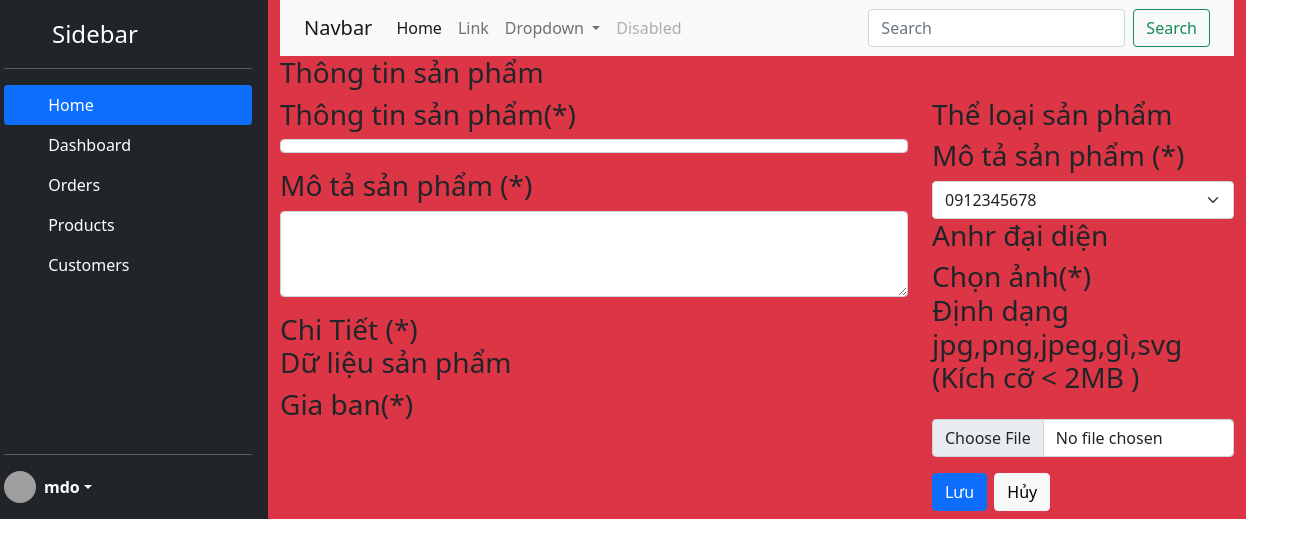
Repository: Lehuyhuynh/BT12-BOOTSTRAP
Page: index.html
An editor plug-in stored every save of this project. The page is shown before and after the next save, followed by the edit.
The browser window is 1280 px wide. The page is 1292 px wide, so the pictures cover 1292 px, including what lies to the right of the window. The pictures show the whole page.
Pictures or frames that could not be fetched are drawn as grey boxes.

Above is the page before, as saved 2023-08-19 22:49:30.

### index.html
<!DOCTYPE html>
<html lang="en">
<head>
  <link href="https://cdn.jsdelivr.net/npm/bootstrap@5.1.3/dist/css/bootstrap.min.css" rel="stylesheet" integrity="sha384-1BmE4kWBq78iYhFldvKuhfTAU6auU8tT94WrHftjDbrCEXSU1oBoqyl2QvZ6jIW3" crossorigin="anonymous">
  <meta charset="UTF-8">
  <meta name="viewport" content="width=device-width, initial-scale=1.0">
  <title>BT2</title>
</head>
<body>
  <div class="row">
    <div class=" col-3 d-flex flex-column flex-shrink-0 p-3 text-white bg-dark rounded-lg" style="width: 280px;">
      <a href="/" class="d-flex align-items-center mb-3 mb-md-0 me-md-auto text-white text-decoration-none">
        <svg class="bi me-2" width="40" height="32"><use xlink:href="#bootstrap"></use></svg>
        <span class="fs-4">Sidebar</span>
      </a>
      <hr>
      <ul class="nav nav-pills flex-column mb-auto">
        <li class="nav-item">
          <a href="#" class="nav-link active" aria-current="page">
            <svg class="bi me-2" width="16" height="16"><use xlink:href="#home"></use></svg>
            Home
          </a>
        </li>
        <li>
          <a href="#" class="nav-link text-white">
            <svg class="bi me-2" width="16" height="16"><use xlink:href="#speedometer2"></use></svg>
            Dashboard
          </a>
        </li>
        <li>
          <a href="#" class="nav-link text-white">
            <svg class="bi me-2" width="16" height="16"><use xlink:href="#table"></use></svg>
            Orders
          </a>
        </li>
        <li>
          <a href="#" class="nav-link text-white">
            <svg class="bi me-2" width="16" height="16"><use xlink:href="#grid"></use></svg>
            Products
          </a>
        </li>
        <li>
          <a href="#" class="nav-link text-white">
            <svg class="bi me-2" width="16" height="16"><use xlink:href="#people-circle"></use></svg>
            Customers
          </a>
        </li>
      </ul>
      <hr>
      <div class="dropdown">
        <a href="#" class="d-flex align-items-center text-white text-decoration-none dropdown-toggle" id="dropdownUser1" data-bs-toggle="dropdown" aria-expanded="false">
          <img src="https://github.com/mdo.png" alt="" width="32" height="32" class="rounded-circle me-2">
          <strong>mdo</strong>
        </a>
        <ul class="dropdown-menu dropdown-menu-dark text-small shadow" aria-labelledby="dropdownUser1" style="">
          <li><a class="dropdown-item" href="#">New project...</a></li>
          <li><a class="dropdown-item" href="#">Settings</a></li>
          <li><a class="dropdown-item" href="#">Profile</a></li>
          <li><hr class="dropdown-divider"></li>
          <li><a class="dropdown-item" href="#">Sign out</a></li>
        </ul>
      </div>
    </div>
    <div class="main-content bg-danger col-9" >
      <nav class="navbar navbar-expand-lg navbar-light bg-light">
        <div class="container-fluid">
          <a class="navbar-brand" href="#">Navbar</a>
          <button class="navbar-toggler" type="button" data-bs-toggle="collapse" data-bs-target="#navbarSupportedContent" aria-controls="navbarSupportedContent" aria-expanded="false" aria-label="Toggle navigation">
            <span class="navbar-toggler-icon"></span>
          </button>
          <div class="collapse navbar-collapse" id="navbarSupportedContent">
            <ul class="navbar-nav me-auto mb-2 mb-lg-0">
              <li class="nav-item">
                <a class="nav-link active" aria-current="page" href="#">Home</a>
              </li>
              <li class="nav-item">
                <a class="nav-link" href="#">Link</a>
              </li>
              <li class="nav-item dropdown">
                <a class="nav-link dropdown-toggle" href="#" id="navbarDropdown" role="button" data-bs-toggle="dropdown" aria-expanded="false">
                  Dropdown
                </a>
                <ul class="dropdown-menu" aria-labelledby="navbarDropdown">
                  <li><a class="dropdown-item" href="#">Action</a></li>
                  <li><a class="dropdown-item" href="#">Another action</a></li>
                  <li><hr class="dropdown-divider"></li>
                  <li><a class="dropdown-item" href="#">Something else here</a></li>
                </ul>
              </li>
              <li class="nav-item">
                <a class="nav-link disabled" href="#" tabindex="-1" aria-disabled="true">Disabled</a>
              </li>
            </ul>
            <form class="d-flex">
              <input class="form-control me-2" type="search" placeholder="Search" aria-label="Search">
              <button class="btn btn-outline-success" type="submit">Search</button>
            </form>
          </div>
        </div>
      </nav>
      <div class="row">

        <h3>Thông tin sản phẩm<h3>

          <div class="row">
            <div class="more col-8">

              <div class="product">

                <div class="mb-3">
                  <label for="information" class="form-label">Thông tin sản phẩm(*)</label>
                  <table class="form-control" id="information" name="information" rows="3"></table>
                </div>

                <div class="mb-3">
                  <label for="exampleFormControlTextarea1" class="form-label">Mô tả sản phẩm (*)</label>
                  <textarea class="form-control" id="exampleFormControlTextarea1" rows="3"></textarea>
                </div>

                <span>Chi Tiết (*) </span><br>

              </div>

              <div class="data">

                <h3>Dữ liệu sản phẩm</h3>

                <label for="">Gia ban(*)</label>
                <table></table>


              </div>

            </div>

            <div class="category col-4">

              <div class="cate">

              <h3>Thể loại sản phẩm</h3>



                <label for="cate" class="form-label">Mô tả sản phẩm (*)</label>

                <select id="cate" class="form-select" aria-label="Default select example">

                  <option value="1">0912345678</option>
                  <option value="2">0123456789</option>
                  <option value="3">1234567890</option>
                </select>

              </div>

              <div class="img">

                <h3>Anhr đại diện</h3>
                <div class="mb-3">
                  <label for="formFile" class="form-label">Chọn ảnh(*)
                    <p>Định dạng jpg,png,jpeg,gì,svg (Kích cỡ < 2MB )    </p>
                  </label>
                  <input class="form-control" type="file" id="formFile">
                </div>
              </div>

              <button type="button" class="btn btn-primary">Lưu</button>
              <button type="button" class="btn btn-light">Hủy</button>
            </div>
          </div>






      </div>
    </div>


  </div>

  <script src="https://cdn.jsdelivr.net/npm/bootstrap@5.1.3/dist/js/bootstrap.bundle.min.js" integrity="sha384-ka7Sk0Gln4gmtz2MlQnikT1wXgYsOg+OMhuP+IlRH9sENBO0LRn5q+8nbTov4+1p" crossorigin="anonymous"></script>
</body>
</html>

After the next save:
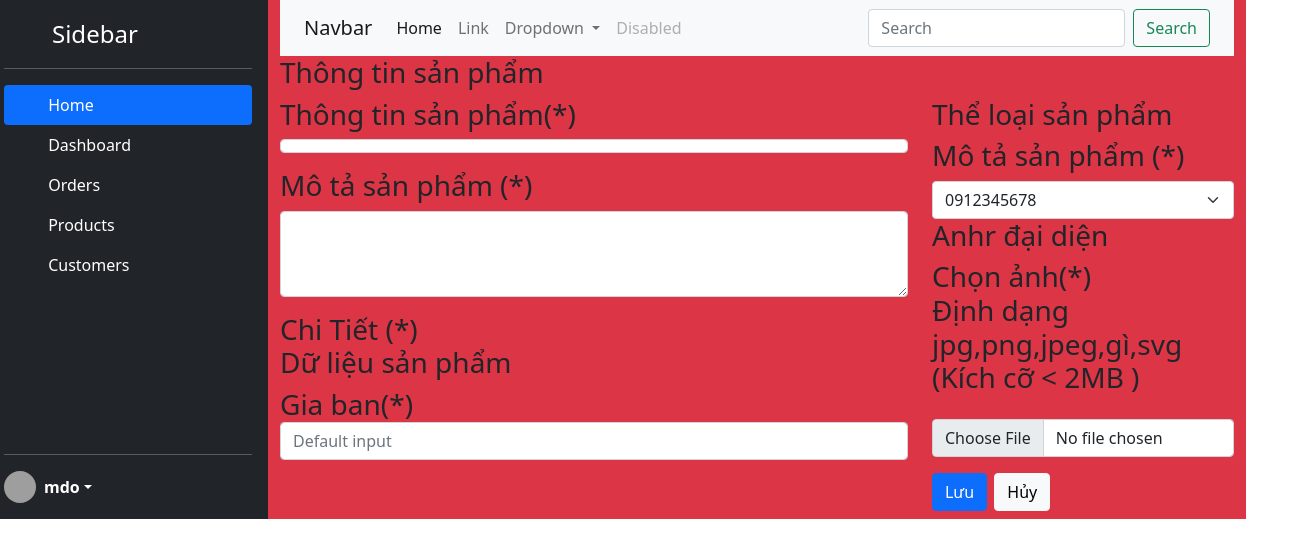
Saved 5 min 22 s later.
--- a/index.html
+++ b/index.html
@@ -126,6 +126,7 @@
                 <h3>Dữ liệu sản phẩm</h3>
 
                 <label for="">Gia ban(*)</label>
+                <input class="form-control" type="text" placeholder="Default input" aria-label="default input example">
                 <table></table>
 
 
